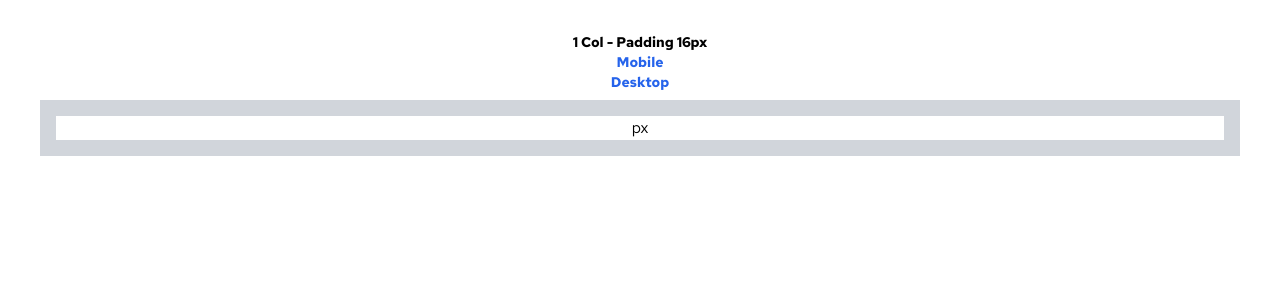
Repository: fabianwurk/vue-tailwind
Page: /
An editor plug-in stored every save of this project. The page is shown before and after the next save, followed by the edit.
The browser window is 1280 px wide. The pictures show the whole page.
The project was rebuilt for these pictures with package versions that can differ from the ones it lists, and the page was loaded fresh each time. Also part of the build but not shown: vite.config.js.

Above is the page before, as saved 2021-03-16 23:45:35.
Console error: TypeError: this.innerWidth is not a function

After the next save:
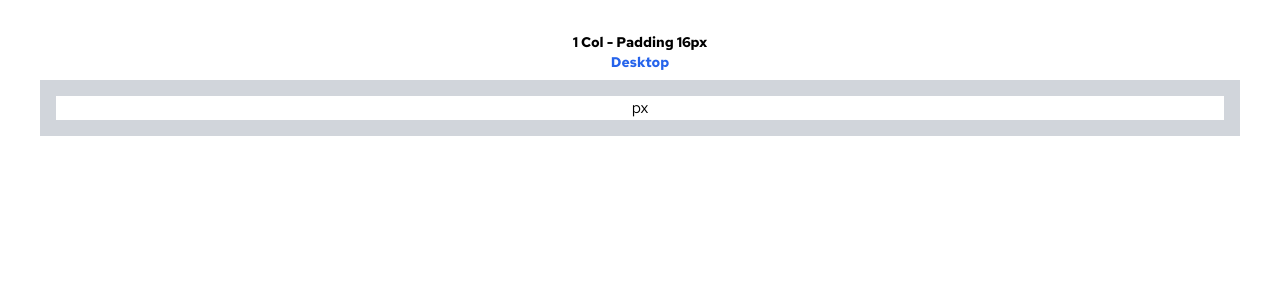
Saved 43 s later.
--- a/src/components/Large.vue
+++ b/src/components/Large.vue
@@ -4,7 +4,7 @@
     <div class="container mx-auto">
       <h2 class="text-sm font-bold mb-2 mt-8 text-center">
         1 Col - Padding 16px
-        <span class="hidden md:hidden lg:block text-center text-blue-600">Mobile</span>
+        <span class="block md:hidden lg:hidden text-center text-blue-600">Mobile</span>
         <span class="hidden md:block lg:hidden text-center text-blue-600">Tablet</span>
         <span class="hidden md:hidden lg:block text-center text-blue-600">Desktop</span>
       </h2>
